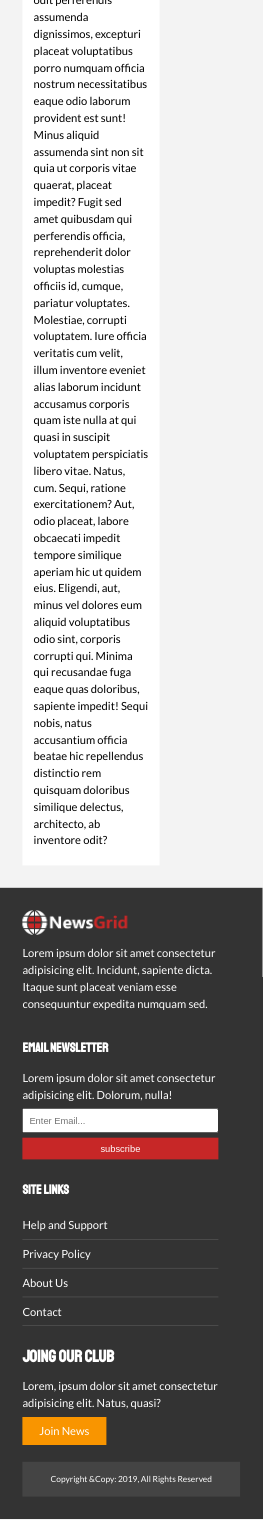
Repository: EswinGiova/NewsGrid
Page: article.html
The author's editor kept a copy of each file at every save. The page is drawn from the files as they stood at one save, then again after the next save.
The browser window is 375 px wide. The pictures show the part of the page from y = 1145 to 3385 px (the page is 3316 px tall before and 3385 px after), at 70% of full size.
Some web libraries are served in a nearby version.

Above is the page before, as saved 2020-09-21 18:15:50.

### article.html
<!DOCTYPE html>
<html lang="en">
  <head>
    <meta charset="UTF-8" />
    <meta name="viewport" content="width=device-width, initial-scale=1.0" />
    <link rel="shortcut icon" type="image/x-icon" href="favicon.ico" />
    <link
      href="https://fonts.googleapis.com/css2?family=Lato&family=Staatliches&display=swap"
      rel="stylesheet"
    />
    <link rel="stylesheet" href="./css/style.css" />
    <link
      rel="stylesheet"
      media="screen and (max-width: 768px)"
      href="./css/mobile.css"
    />

    <link
      rel="stylesheet"
      href="https://cdnjs.cloudflare.com/ajax/libs/font-awesome/5.14.0/css/all.min.css"
      integrity="sha512-1PKOgIY59xJ8Co8+NE6FZ+LOAZKjy+KY8iq0G4B3CyeY6wYHN3yt9PW0XpSriVlkMXe40PTKnXrLnZ9+fkDaog=="
      crossorigin="anonymous"
    />

    <title>NewsGrid | Latest News</title>
  </head>
  <body>
    <nav id="main-nav">
      <div class="container">
        <img src="./image_resources/logo.png" alt="" class="logo" />
        <div class="social">
          <a href="#" target="_blank"><i class="fab fa-facebook fa-2x"></i></a>
          <a href="#" target="_blank"><i class="fab fa-twitter fa-2x"></i></a>
          <a href="#" target="_blank"><i class="fab fa-instagram fa-2x"></i></a>
          <a href="#" target="_blank"><i class="fab fa-youtube fa-2x"></i></a>
        </div>
        <ul>
          <li><a href="./index.html">Home</a></li>
          <li><a href="./about.html">About </a></li>
        </ul>
      </div>
    </nav>

    <section id="article">
      <div class="container">
        <div class="page-container">
          <article class="card">
            <img src="./image_resources/articles/ent1.jpg" alt="" />
            <h1 class="l-heading">Lorem ipsum dolor sit amet.</h1>
            <div class="meta">
              <small>
                <i class="fas fa-user">Written By Joe Doe Juanry 12, 2019</i>
              </small>
              <div class="category category-ent">Entertainment</div>
            </div>
            <p>
              Lorem ipsum dolor sit amet consectetur adipisicing elit. Culpa
              velit nesciunt ut accusamus consectetur autem voluptate aut hic.
              Explicabo magni quasi nam esse placeat veniam eum quod consequatur
              quisquam provident, blanditiis, non id harum, a totam odio
              eligendi molestias enim. Odit, quibusdam at. Natus alias aut
              officia vitae pariatur aliquid eius placeat delectus, doloribus
              est!
            </p>
            <p>
              Lorem ipsum dolor sit amet consectetur adipisicing elit. Magnam
              minima optio, rerum earum, tempora velit expedita nesciunt odit
              perferendis assumenda dignissimos, excepturi placeat voluptatibus
              porro numquam officia nostrum necessitatibus eaque odio laborum
              provident est sunt! Minus aliquid assumenda sint non sit quia ut
              corporis vitae quaerat, placeat impedit? Fugit sed amet quibusdam
              qui perferendis officia, reprehenderit dolor voluptas molestias
              officiis id, cumque, pariatur voluptates. Molestiae, corrupti
              voluptatem. Iure officia veritatis cum velit, illum inventore
              eveniet alias laborum incidunt accusamus corporis quam iste nulla
              at qui quasi in suscipit voluptatem perspiciatis libero vitae.
              Natus, cum. Sequi, ratione exercitationem? Aut, odio placeat,
              labore obcaecati impedit tempore similique aperiam hic ut quidem
              eius. Eligendi, aut, minus vel dolores eum aliquid voluptatibus
              odio sint, corporis corrupti qui. Minima qui recusandae fuga eaque
              quas doloribus, sapiente impedit! Sequi nobis, natus accusantium
              officia beatae hic repellendus distinctio rem quisquam doloribus
              similique delectus, architecto, ab inventore odit?
            </p>
          </article>
          <aside id="categories" class="card">
            <h2>
              categories
              <ul class="list">
                <li>
                  <a href="#"><i class="fas fa-chevron-right"></i> sports </a>
                </li>
                <li>
                  <a href="#"
                    ><i class="fas fa-chevron-right"></i> Entertainment
                  </a>
                </li>
                <li>
                  <a href="#"
                    ><i class="fas fa-chevron-right"></i> Technology
                  </a>
                </li>
                <li>
                  <a href="#"><i class="fas fa-chevron-right"></i> Fashion </a>
                </li>
                <li>
                  <a href="#"><i class="fas fa-chevron-right"></i> Shopping </a>
                </li>
              </ul>
            </h2>
          </aside>
          <aside class="card bg-secondary">
            <h2>Join Our Club</h2>
            <p>
              Lorem ipsum dolor sit amet consectetur, adipisicing elit. Odio,
              corrupti sapiente!
            </p>
            <a href="#" class="btn btn-dark btn-block">Joing Now</a>
          </aside>
        </div>
      </div>
    </section>

    <!-- footer -->
    <footer id="main-footer" class="py-2">
      <div class="container footer-container">
        <div>
          <img src="./image_resources/logo_light.png" alt="news" />
          <p>
            Lorem ipsum dolor sit amet consectetur adipisicing elit. Incidunt,
            sapiente dicta. Itaque sunt placeat veniam esse consequuntur
            expedita numquam sed.
          </p>
        </div>
        <div>
          <h3>Email Newsletter</h3>
          <p>
            Lorem ipsum dolor sit amet consectetur adipisicing elit. Dolorum,
            nulla!
          </p>
          <form>
            <input type="email" placeholder="Enter Email..." />
            <input type="submit" value="subscribe" class="btn btn-primary" />
          </form>
        </div>
        <div>
          <h3>Site Links</h3>
          <ul class="list">
            <li><a href="#">Help and Support</a></li>
            <li><a href="#">Privacy Policy</a></li>
            <li><a href="#">About Us</a></li>
            <li><a href="#">Contact</a></li>
          </ul>
        </div>
        <div>
          <h2>Joing Our CLub</h2>
          <p>
            Lorem, ipsum dolor sit amet consectetur adipisicing elit. Natus,
            quasi?
          </p>
          <a href="#" class="btn btn-secondary">Join News</a>
        </div>
        <div>
          <p>Copyright &Copy: 2019, All Rights Reserved</p>
        </div>
      </div>
    </footer>
  </body>
</html>

### css/style.css
:root {
  --primary-color: #c72727;
  --secondary-color: #f99500;
  --light-color: #f3f3f3;
  --dark-color: #333;
  --max-width: 1100px;
}

.category {
  --sports-color: #f99500;
  --ent-color: #a66bbe;
  --tech-color: #009cff;
}
* {
  margin: 0;
  padding: 0;
  box-sizing: border-box;
}
body {
  font-family: 'Lato', sans-serif !important;
  line-height: 1.5;
  background: var(--light-color);
}

a {
  color: var(--dark-color);
  text-decoration: none;
}

ul {
  list-style: none;
}
p {
  margin: 0.5rem 0;
}

img {
  width: 100%;
}

h1,
h2,
h3,
h4,
h5,
h6 {
  font-family: 'Staatliches', cursive;
  margin-bottom: 0.55rem;
  line-height: 2.6rem;
}

/*  utility class */

.container {
  max-width: var(--max-width);
  margin: auto;
  padding: 0 2rem;
  overflow: hidden;
}

/* category */

.category {
  display: inline-block;
  color: #fff;
  font-size: 0.55rem;
  text-transform: uppercase;
  padding: 0.4rem 0.6rem;
  border-radius: 15px;
  margin-bottom: 0.5rem;
}

.category-sports {
  background: var(--sports-color);
}
.category-ent {
  background: var(--ent-color);
}
.category-tech {
  background: var(--tech-color);
}

/* btn */

.btn {
  display: inline-block;
  border: none;
  background: var(--dark-color);
  color: #fff;
  padding: 0.5rem 1.5rem;
}

.btn-light {
  background: var(--light-color);
}
.btn-primary {
  background: var(--primary-color);
}
.btn-secondary {
  background: var(--secondary-color);
}
.btn:hover {
  opacity: 0.8;
}

.btn-block {
  display: block;
  width: 100%;
  text-align: center;
}

/* cards */

.card {
  background: white;
  padding: 1rem;
}

.bg-dark {
  background: var(--dark-color);
  color: white;
}
.bg-primary {
  background: var(--primary-color);
  color: white;
}
.bg-secondary {
  background: var(--secondary-color);
  color: #fff;
}
.py-1 {
  padding: 1.5rem 0;
}
.py-2 {
  padding: 2rem 0;
}
.py-3 {
  padding: 3rem 0;
}
.p-1 {
  padding: 1.5rem;
}
.p-2 {
  padding: 2rem;
}
.p-3 {
  padding: 3rem;
}

.l-heading {
  font-size: 3rem;
}

.bg-dark h1,
.bg-dark h2,
.bg-dark h3,
.bg-dark a,
.bg-primary h1,
.bg-primary h2,
.bg-primary h3,
.bg-primary a,
.bg-secondary h1,
.bg-secondary h2,
.bg-secondary h3,
.bg-secondary a {
  color: #fff;
}

.list li {
  padding: 0.5rem 0;
  border-bottom: 1px solid #555;
  width: 90%;
}
.list li a:hover {
  color: var(--primary-color) !important;
}

/* inner page container */
.page-container {
  display: grid;
  grid-template-columns: 5fr 2fr;
  margin: 2rem 0;
  grid-gap: 1.5rem;
}
.page-container > *:first-child {
  grid-row: 1 / span 3;
}

/* Navigation */
#main-nav {
  background: #fff;
  position: sticky;
  top: 0;
  z-index: 2;
}

#main-nav .container {
  display: grid;
  grid-template-columns: 6fr 3fr 2fr;
  padding: 1rem;
  align-items: center;
}

#main-nav .logo {
  width: 180px;
}

#main-nav ul {
  display: flex;
  justify-self: end;
}

#main-nav ul li a {
  padding: 0.77rem;
  font-weight: bold;
}

#main-nav ul li .current {
  background: var(--primary-color);
  color: white;
}

#main-nav ul li .current:hover {
  background: var(--light-color);
  color: var(--dark-color);
}
#main-nav .social {
  justify-self: center;
}

#main-nav .social i {
  color: #777;
  margin-left: 0.5rem;
}

/* showcase */
#showcase {
  background: #333;
  color: #fff;
  position: relative;
}

#showcase:before {
  content: '';
  background: url('../image_resources/featured.jpg') center center/cover;
  position: absolute;
  top: 0;
  left: 0;
  width: 100%;
  height: 100%;
  opacity: 0.4;
}
#showcase .showcase-container {
  height: 50vh;
  display: grid;
  grid-template-columns: repeat(2, 1fr);
  justify-content: center;
  align-content: center;
}
#showcase .showcase-container .showcase-content {
  z-index: 2;
  text-align: justify;
}
#showcase .showcase-container .showcase-content p {
  margin: 1rem 0;
}
/* Home Articles  */

#home-articles .articles-container {
  display: grid;
  grid-template-columns: repeat(3, 1fr);
  grid-gap: 1rem;
}

#home-articles .articles-container > *:first-child,
#home-articles .articles-container > *:last-child {
  display: grid;
  grid-template-columns: repeat(2, 1fr);
  grid-column: 1 / span 2;
  grid-gap: 1rem;
  align-items: center;
}
#home-articles .articles-container > *:last-child {
  grid-column: 2 / span 2;
}

#article .meta {
  display: flex;
  justify-content: space-between;

  align-items: center;
  background: #eee;
  padding: 0.5rem;
}

#article .meta .category {
  margin-top: 0.4rem;
}

/* footer */
#main-footer {
  background: var(--dark-color);
  color: #fff;
}

#main-footer img {
  width: 150px;
}

#main-footer a {
  color: #fff;
}

#main-footer .footer-container {
  display: grid;
  grid-template-columns: repeat(4, 1fr);
  grid-gap: 1.5rem;
}

#main-footer .footer-container > *:last-child {
  grid-column: 1 / span 4;
  text-align: center;
  background: #444;

  font-size: 0.75rem;
  padding: 0.5rem;
}

#main-footer .footer-container input[type='email'] {
  width: 90%;
  padding: 0.5rem;
  margin-bottom: 0.4rem;
}

#main-footer .footer-container input[type='submit'] {
  width: 90%;
}

/* about our page  */

### css/mobile.css
/* Navigation  */
#main-nav .social {
  display: none;
}

#main-nav .container {
  grid-template-columns: 1fr;
  grid-gap: 1.2rem;
}

#main-nav ul,
#main-nav .logo {
  justify-self: center;
}

#main-nav ul li a {
  padding: 0.5rem;
}
#home-articles .articles-container {
  grid-template-columns: repeat(2, 1fr);
}
#home-articles .articles-container > *:first-child,
#home-articles .articles-container > *:last-child {
  grid-template-columns: 1fr;
  grid-column: 1;
}
@media (max-width: 600px) {
  /* stack grid items */

  #showcase .showcase-container,
  #home-articles .articles-container,
  #main-footer .footer-container {
    grid-template-columns: 1fr;
  }

  #main-footer .footer-container > *:last-child {
    grid-column: 1;
  }
}

After the next save:
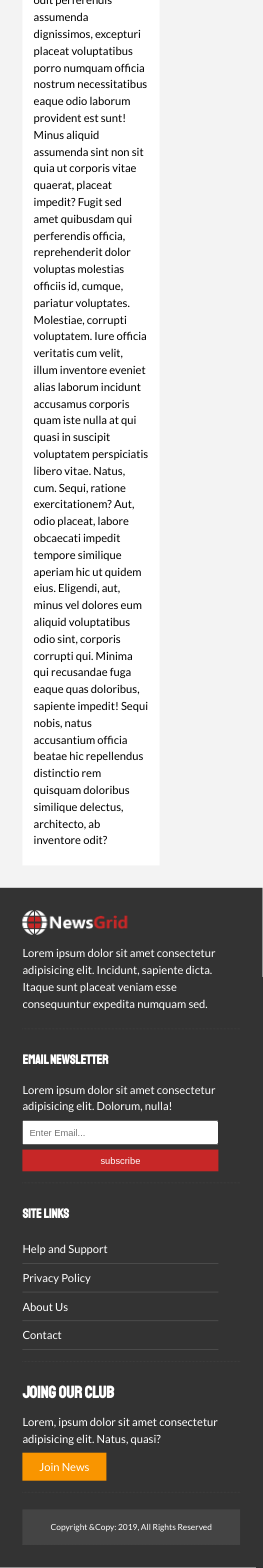
Saved 105 s later.
--- a/css/mobile.css
+++ b/css/mobile.css
@@ -36,4 +36,9 @@
   #main-footer .footer-container > *:last-child {
     grid-column: 1;
   }
+
+  #main-footer .footer-container > * {
+    border-bottom: #444 dotted 1px;
+    padding-bottom: 1rem;
+  }
 }
